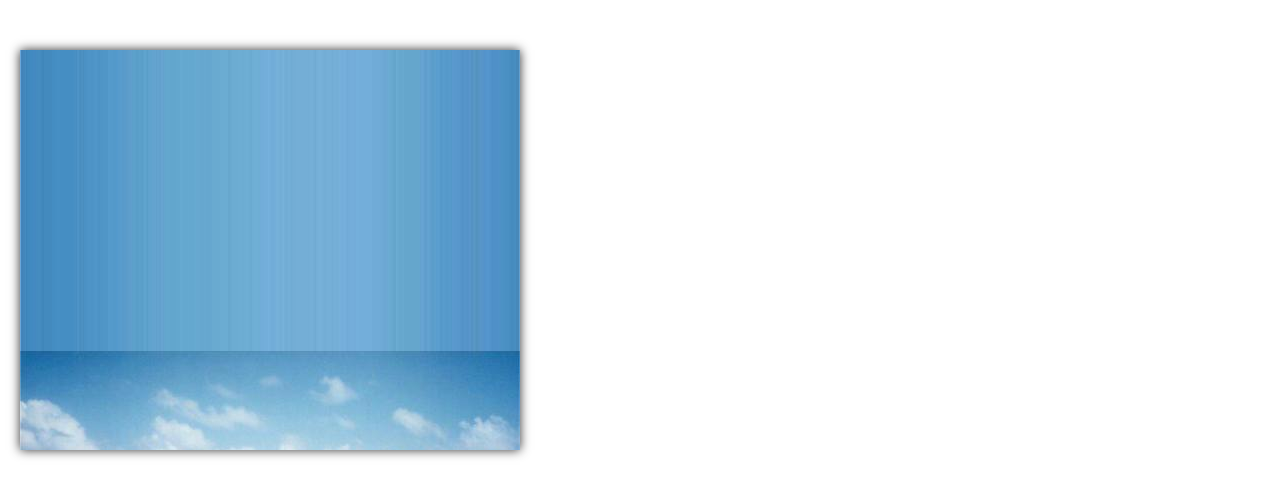
Repository: fangYiYuan/javascript-
Page: canvas/8.水平全景滚动.html
An editor plug-in stored every save of this project. The page is shown before and after the next save, followed by the edit.
The browser window is 1280 px wide. The pictures show the whole page.

Above is the page before, as saved 2020-04-14 16:22:36.

### canvas/8.水平全景滚动.html
<!DOCTYPE html>
<html lang="en">
<head>
  <meta charset="UTF-8">
  <meta name="viewport" content="width=device-width, initial-scale=1.0">
  <meta http-equiv="X-UA-Compatible" content="ie=edge">
  <title>Document</title>
</head>
<style>
  body{
    text-align: center;
    padding-top: 40px;
  }
  canvas {
    position: absolute;
    top: 50px;
    left: 20px;
    box-shadow: 0 0 10px rgb(48, 47, 47);
  }
</style>
<body>
  <canvas id="draw" width="500" height="400"></canvas>
</body>
<script>
  let draw = document.getElementById('draw')
  let con = draw.getContext('2d')
  let x = 0
  function bgMove () {
    con.save()
    con.translate(0, x)
    con.clearRect(0, 0, draw.width, draw.height)
    con.drawImage(img, 0, 0)
    con.drawImage(img, 0, draw.height)
    x++
    if (x > draw.width) {
      x = 0
    }
    con.restore()
    window.requestAnimationFrame(bgMove)
  }
  let img = new Image()

  img.onload = function () {
    bgMove()
  }
  img.src = './tea.jpg'
</script>
</html>

After the next save:
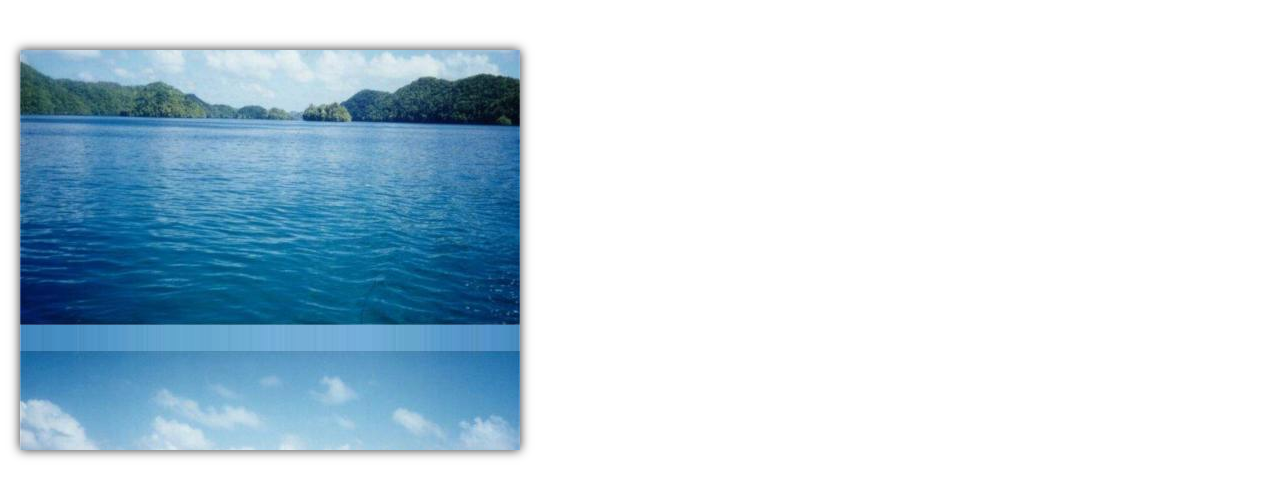
Saved 24 s later.
--- a/canvas/8.水平全景滚动.html
+++ b/canvas/8.水平全景滚动.html
@@ -30,7 +30,7 @@
     con.translate(0, x)
     con.clearRect(0, 0, draw.width, draw.height)
     con.drawImage(img, 0, 0)
-    con.drawImage(img, 0, draw.height)
+    con.drawImage(img, 0, -draw.height)
     x++
     if (x > draw.width) {
       x = 0
